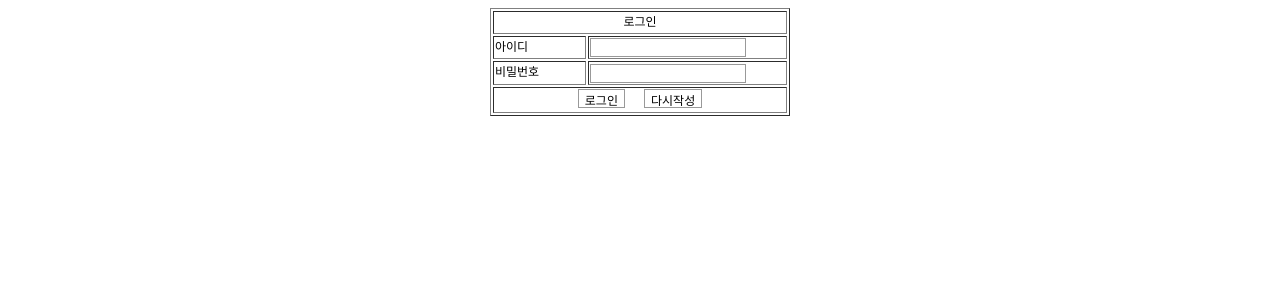
Repository: kdongjin/jspStudy
Page: http://localhost/jspStudy/session/sessionMemberLogIn.jsp
These files come from the project's save history. The page is drawn as it stood at one moment and after the next save; the edit follows.
The browser window is 1280 px wide. The pictures show the whole page.
The page is served by Tomcat 9. Nobody is signed in. The application's start-up code is not run. Other server files are loaded and not shown.

Above is the page before, as saved 2024-12-16 06:05:58.

### jspStudy/src/main/webapp/session/sessionMemberLogIn.jsp
<%@ page contentType="text/html; charset=UTF-8"%>
<html>
<head>
<title>세션을 사용한 간단한 회원인증</title>
<link href="style.css" rel="stylesheet" type="text/css">
</head>
<body>
	<form method="post" action="sessionMemberLogInOK.jsp">
		<table width="300" border="1" align="center">
			<tr>
				<td colspan="2">
					<div align="center">로그인</div>
				</td>
			</tr>
			<tr>
				<td width="100" >아이디</td>
				<td width="200" ><input type="text"	name="id"></td>
			</tr>
			<tr>
				<td width="100" >비밀번호</td>
				<td width="200" ><input type="password"
					name="passwd"></td>
			</tr>
			<tr>
				<td colspan="2" align="center"><input type="submit" value="로그인">
					&nbsp;&nbsp;&nbsp; <input type="reset" value="다시작성"></td>
			</tr>
		</table>
	</form>
</body>
</html>

### jspStudy/src/main/webapp/session/style.css
@charset "UTF-8";

BODY {
	FONT-SIZE: 9pt;
	COLOR: black;
	LINE-HEIGHT: 160%;
	FONT-FAMILY: 굴림, verdana, tahoma
}

main {
	width: 80%;
	margin: 0 auto;
	display: flex;
	flex-direction: column;
	flex-wrap: wrap;
	justify-content: center;
	align-content: center;
}

div.center {
	width: 80%;
	margin: 0 auto;
	display: flex;
	flex-direction: row;
	flex-wrap: wrap;
	justify-content: center;
	align-content: center;
}

TD {
	FONT-SIZE: 9pt;
	COLOR: black;
	LINE-HEIGHT: 160%;
	FONT-FAMILY: 굴림, verdana, tahoma
}

SELECT {
	FONT-SIZE: 9pt;
	COLOR: black;
	LINE-HEIGHT: 160%;
	FONT-FAMILY: 굴림, verdana, tahoma
}

DIV {
	FONT-SIZE: 9pt;
	COLOR: black;
	LINE-HEIGHT: 160%;
	FONT-FAMILY: 굴림, verdana, tahoma
}

FORM {
	FONT-SIZE: 9pt;
	COLOR: black;
	LINE-HEIGHT: 160%;
	FONT-FAMILY: 굴림, verdana, tahoma
}

TEXTAREA {
	BORDER-RIGHT: 1px solid #999999;
	BORDER-TOP: 1px solid #999999;
	FONT-SIZE: 9pt;
	BORDER-LEFT: 1px solid #999999;
	COLOR: BLACK;
	BORDER-BOTTOM: 1px solid #999999;
	FONT-FAMILY: 굴림, verdana;
	BACKGROUND-COLOR: white
}

INPUT {
	BORDER-RIGHT: 1px solid #999999;
	BORDER-TOP: 1px solid #999999;
	FONT-SIZE: 9pt;
	BORDER-LEFT: 1px solid #999999;
	COLOR: BLACK;
	BORDER-BOTTOM: 1px solid #999999;
	FONT-FAMILY: 굴림, verdana;
	HEIGHT: 19px;
	BACKGROUND-COLOR: white
}

A:link {
	text-decoration: none;
	color: #696969
}

A:hover {
	text-decoration: yes;
	color: #66CCFF
}

A:visited {
	text-decoration: none;
	color: #330066
}

### jspStudy/src/main/webapp/session/color.jsp
<%@ page contentType="text/html; charset=UTF-8" %>
<%
 String bodyback_c="#e0ffff";
 String back_c="#8fbc8f";
 String title_c="#5f9ea0";
 String value_c="#b0e0e6";
 String bar="#778899";
%>

After the next save:
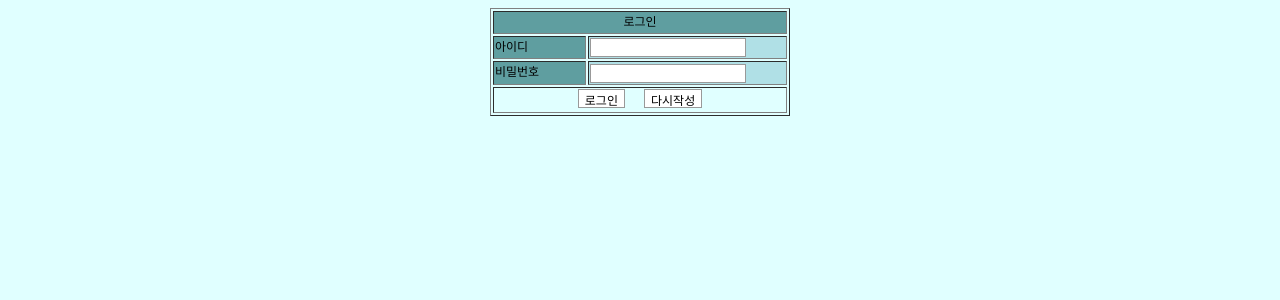
Saved 9 min 34 s later.
--- a/jspStudy/src/main/webapp/session/sessionMemberLogIn.jsp
+++ b/jspStudy/src/main/webapp/session/sessionMemberLogIn.jsp
@@ -1,24 +1,26 @@
 <%@ page contentType="text/html; charset=UTF-8"%>
+<%@ include file="color.jsp"%>
 <html>
 <head>
 <title>세션을 사용한 간단한 회원인증</title>
 <link href="style.css" rel="stylesheet" type="text/css">
 </head>
-<body>
+<body bgcolor="<%=bodyback_c%>">
 	<form method="post" action="sessionMemberLogInOK.jsp">
 		<table width="300" border="1" align="center">
 			<tr>
-				<td colspan="2">
+				<td bgcolor="<%=title_c%>" colspan="2">
 					<div align="center">로그인</div>
 				</td>
 			</tr>
 			<tr>
-				<td width="100" >아이디</td>
-				<td width="200" ><input type="text"	name="id"></td>
+				<td width="100" bgcolor="<%=title_c%>">아이디</td>
+				<td width="200" bgcolor="<%=value_c%>"><input type="text"
+					name="id"></td>
 			</tr>
 			<tr>
-				<td width="100" >비밀번호</td>
-				<td width="200" ><input type="password"
+				<td width="100" bgcolor="<%=title_c%>">비밀번호</td>
+				<td width="200" bgcolor="<%=value_c%>"><input type="password"
 					name="passwd"></td>
 			</tr>
 			<tr>
